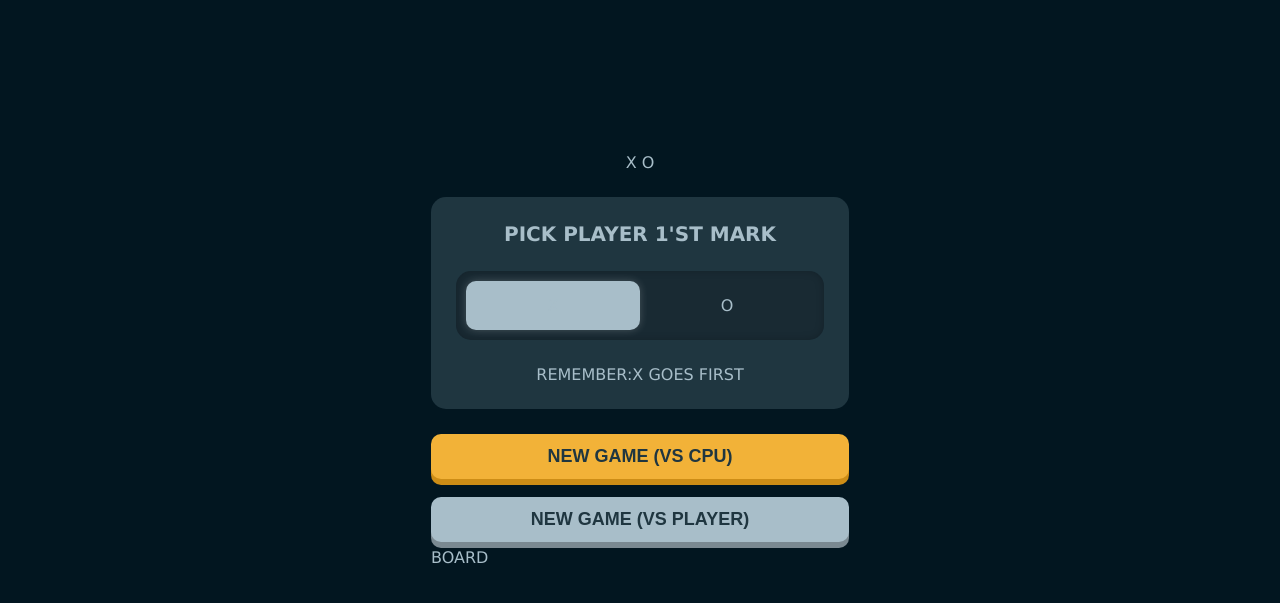
Repository: SD-Mdouka/XO_GAME
Page: /
An editor plug-in stored every save of this project. The page is shown before and after the next save, followed by the edit.
The browser window is 1280 px wide. The pictures show the whole page.
The project was rebuilt for these pictures with package versions that can differ from the ones it lists, and the page was loaded fresh each time.

Above is the page before, as saved 2022-08-29 14:45:03.

After the next save:
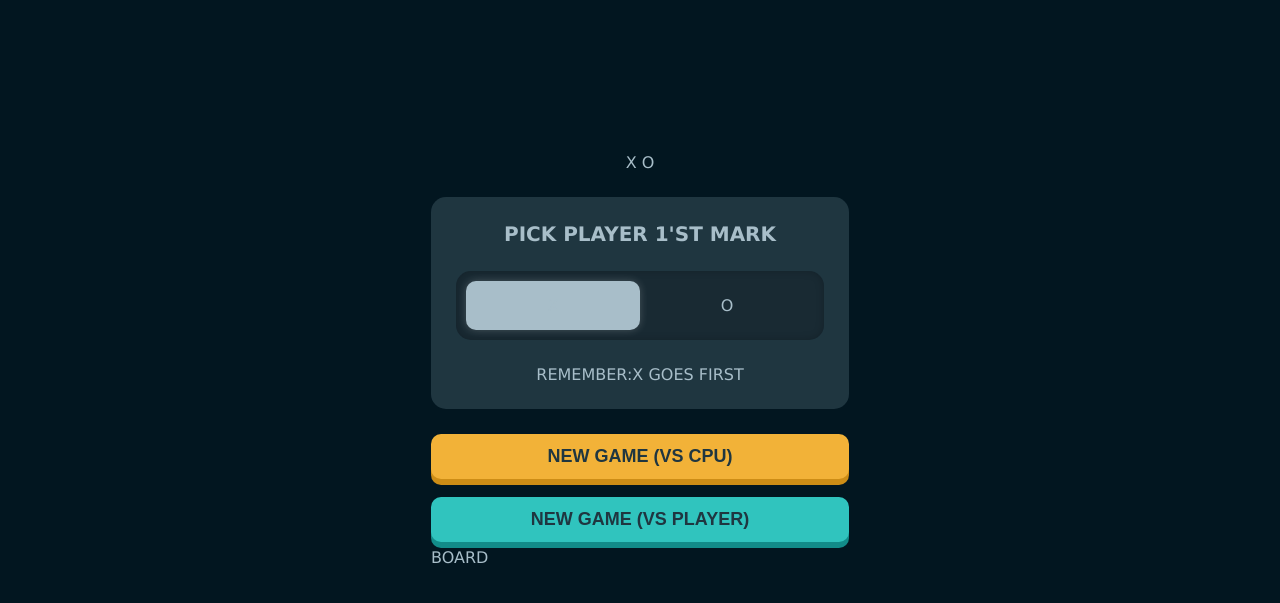
Saved 57 s later.
--- a/src/index.css
+++ b/src/index.css
@@ -132,6 +132,11 @@ body {
     box-shadow: 0 var(--shadow-y) 0 var(--color-yellow-dark);
 }
 
+.btn-blue {
+    background-color: var(--color-blue);
+    box-shadow: 0 var(--shadow-y) 0 var(--color-blue-dark);
+}
+
 
 /* Sarte */
 
